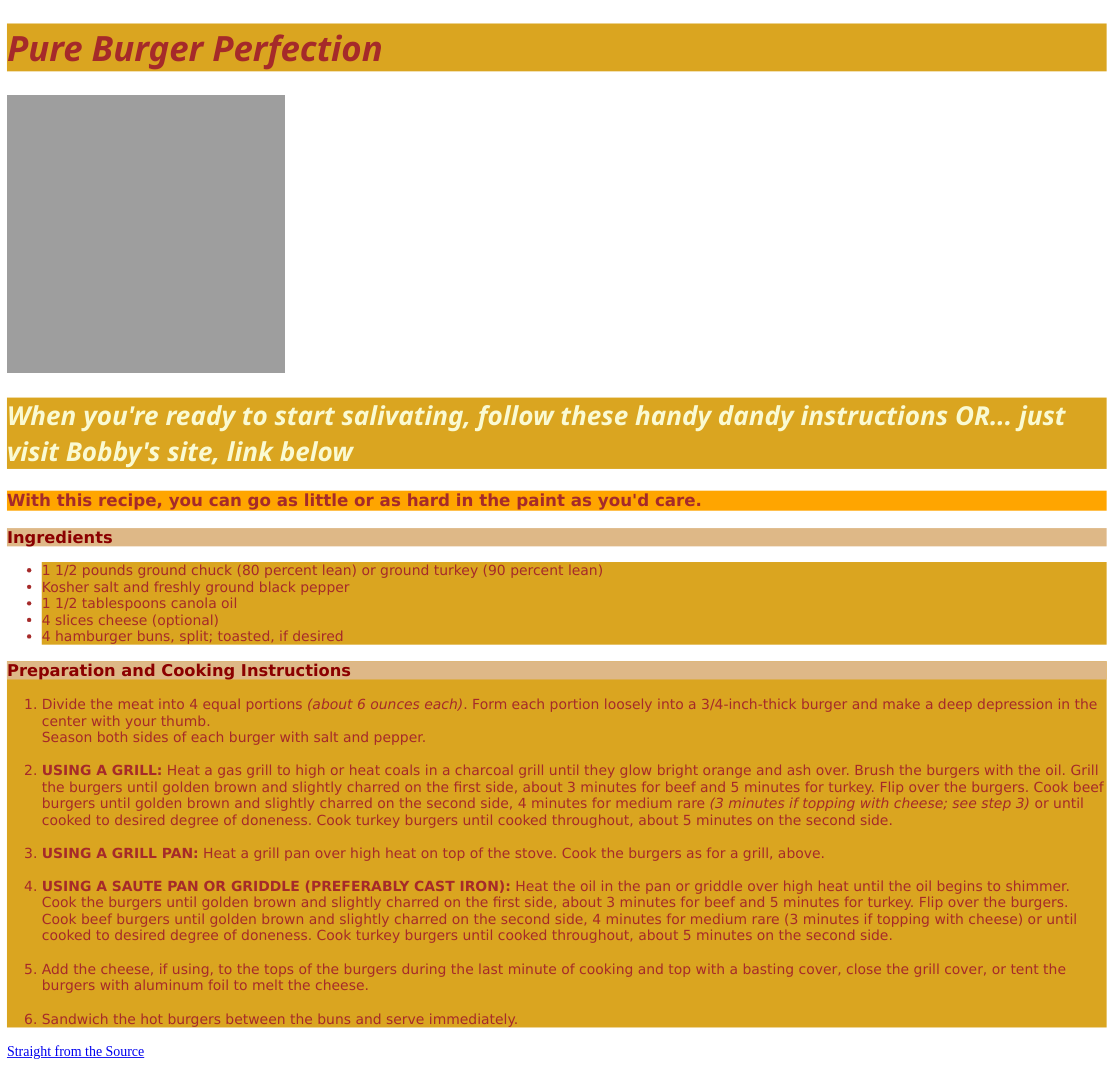
Repository: Spencertainty/practice-time
Page: member-spencer-odin-recipes/recipes/hamburgers.html
The author's editor kept a copy of each file at every save. The page is drawn from the files as they stood at one save, then again after the next save.
The browser window is 1280 px wide. The pictures show the whole page, at 87% of full size.
Pictures or frames that could not be fetched are drawn as grey boxes.

Above is the page before, as saved 2024-01-10 15:59:50.

After the next save:
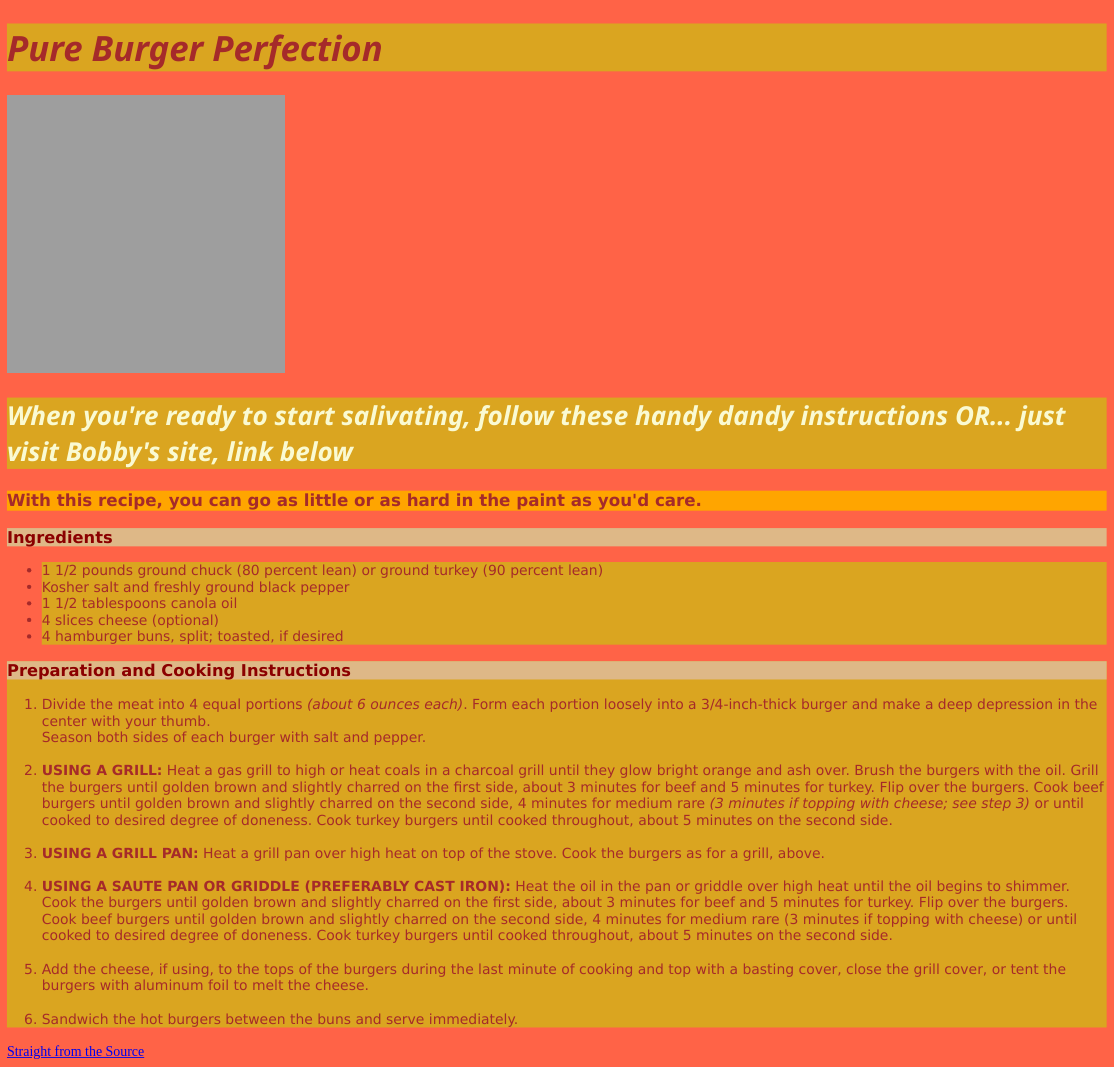
Saved 66 s later.
--- a/member-spencer-odin-recipes/recipes/burger.css
+++ b/member-spencer-odin-recipes/recipes/burger.css
@@ -35,5 +35,6 @@ p {font-family: 'Lucida Sans', 'Lucida Sans Regular', 'Lucida Grande', 'Lucida S
     font-weight: bolder;
     font-size: larger;
 }
-div style {background-color: tomato;
+
+body {background-color: tomato;
 }
